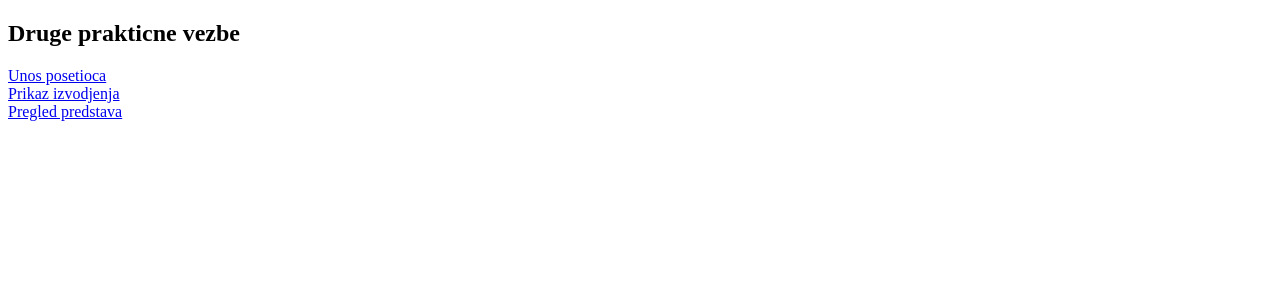
Repository: bojanludajic/Razvoj-Informacionih-Sistema
Page: SpringPozoriste/PozoristeWEB/src/main/webapp/index.html
These files come from the project's save history. The page is drawn as it stood at one moment and after the next save; the edit follows.
The browser window is 1280 px wide. The pictures show the whole page.

Above is the page before, as saved 2024-11-10 16:02:10.

After the next save:
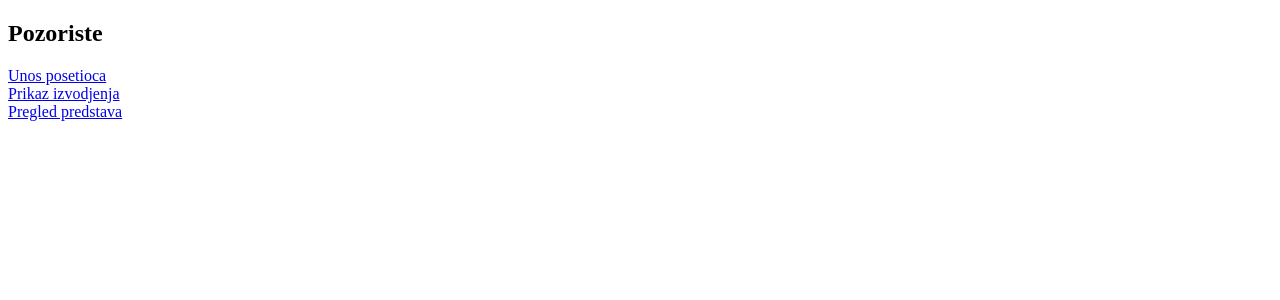
Saved 12 s later.
--- a/SpringPozoriste/PozoristeWEB/src/main/webapp/index.html
+++ b/SpringPozoriste/PozoristeWEB/src/main/webapp/index.html
@@ -5,7 +5,7 @@
 <title>RIS</title>
 </head>
 <body>
-	<h2>Druge prakticne vezbe</h2>
+	<h2>Pozoriste</h2>
 	<a href="/Pozoriste/UnosPosetioca.jsp">Unos posetioca</a><br>
 	<a href="/Pozoriste/PrikazIzvodjenja.jsp">Prikaz izvodjenja</a><br>
 	<a href="/Pozoriste/">Pregled predstava</a>
